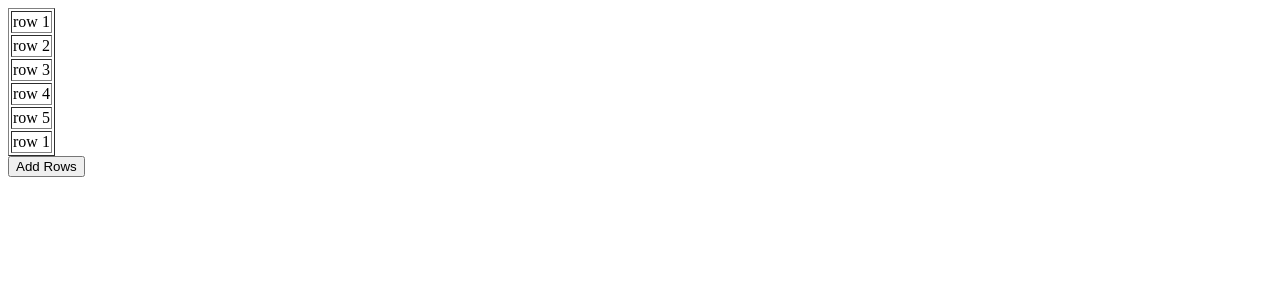
Repository: VladimirJetchev/JavaScriptHomework
Page: HomeworkJS/Task8JS/Task8JS.html
These files come from the project's save history. The page is drawn as it stood at one moment and after the next save; the edit follows.
The browser window is 1280 px wide. The pictures show the whole page.

Above is the page before, as saved 2016-01-11 19:11:49.
Console error: ReferenceError: addRows is not defined

### HomeworkJS/Task8JS/Task8JS.html
<!DOCTYPE html>
<html>
<head lang="en">
    <meta charset="UTF-8">
    <title>Addition of Rows</title>
</head>
<body>
<table border='1'>
    <tr><td>row 1</td></tr>
    <tr><td>row 2</td></tr>
    <tr><td>row 3</td></tr>
    <tr><td>row 4</td></tr>
    <tr><td>row 5</td></tr>
</table>
<button id="addRow">Add Rows</button>
<script>
var row = document.querySelector('body table tr');
var cln = row.cloneNode(true);
document.getElementsByTagName('table')[0].appendChild(cln);

var button = document.getElementById('addRow');
button.addEventListener('click', addRows, false);
</script>
</body>
</html>

After the next save:
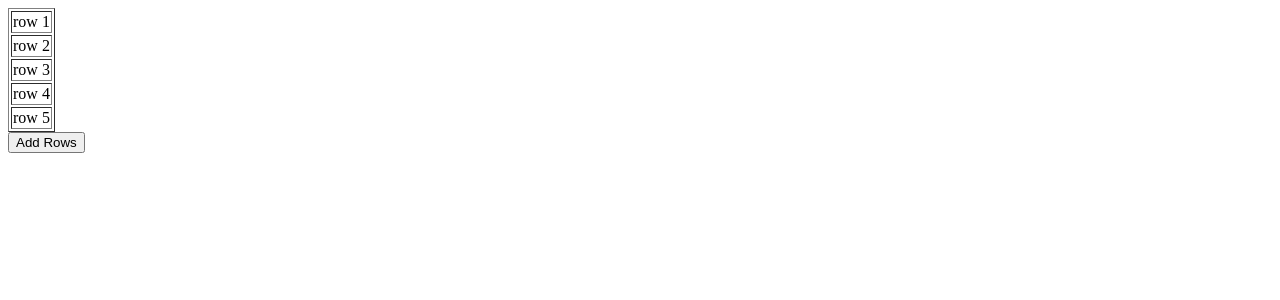
The error is gone.
Saved 45 s later.
--- a/HomeworkJS/Task8JS/Task8JS.html
+++ b/HomeworkJS/Task8JS/Task8JS.html
@@ -14,10 +14,11 @@
 </table>
 <button id="addRow">Add Rows</button>
 <script>
+function addRows() {
 var row = document.querySelector('body table tr');
 var cln = row.cloneNode(true);
 document.getElementsByTagName('table')[0].appendChild(cln);
-
+}
 var button = document.getElementById('addRow');
 button.addEventListener('click', addRows, false);
 </script>
